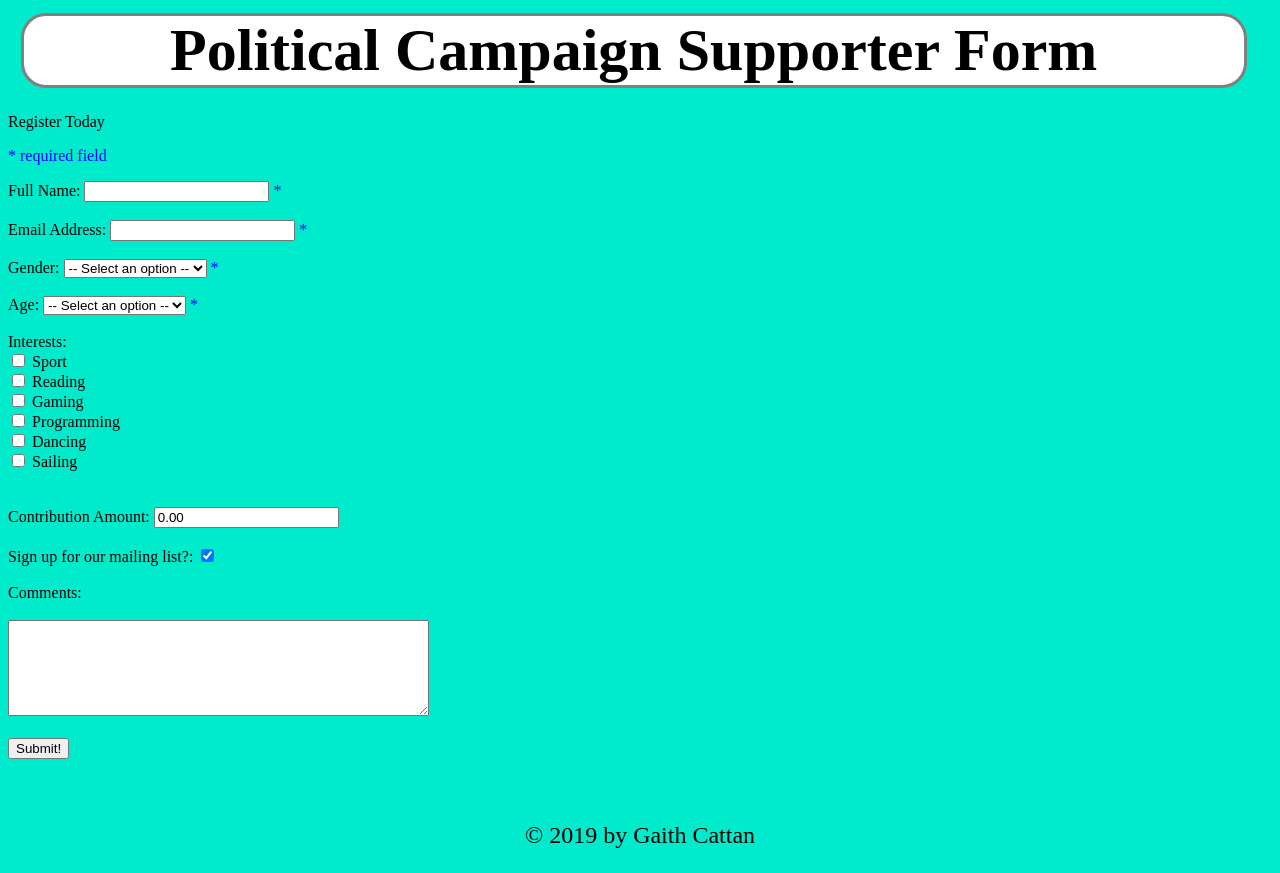
Repository: GaithCattan/COSW30
Page: labwork/lab2/contact.html
The author's editor kept a record of every edit. The page is drawn from the files as they stood at one moment, then again after the next edit.
The browser window is 1280 px wide. The pictures show the whole page.

Above is the page before.

### labwork/lab2/contact.html

<!doctype html>
<html>
    <head>
         <meta charset="utf-8">
         <title>Political Campaign Supporter Form</title>
        <style>
          body {background-color: #00EBCC;}
          h1 {text-align: center; font-size: 60px; margin-top: 40px;
              border: solid grey; border-radius: 25px;
              margin-top: 1%; margin-right: 2%;	margin-left: 1%; margin-bottom: 2%;
              background-color: white;}
          footer {font-size: 1.5em; color: black; text-align: center; margin-top: 5%;}
          .needed {color: blue;}
        </style>

    </head>
    <body>

        <h1>Political Campaign Supporter Form</h1>
        <p>Register Today</p>
        <p><span class="needed">* required field</span></p>

         <form action="process_contact.php" method="POST">

             <lable for="full_name">Full Name: </lable>
             <input type="text" id="full_name" name="full_name" required>
             <span class="needed">* </span>
             <br><br>

             <lable for="email">Email Address: </lable>
             <input type="email" id="email" name="email" required>
             <span class="needed">* </span>
             <br><br>

             <lable for="gender">Gender:
                 <select id="gender" name="gender" value="" required>
                     <option disabled selected value> -- Select an option -- </option>
                     <option value="male">Male</option>
                     <option value="female">Female</option>
                     <option value="other">Other</option>
                     <option value="not_to_say">Prefer Not to Say</option>
                 </select>
             </lable>
             <span class="needed">* </span>
             <br><br>

             <lable for="age_range">Age:
                 <select id="age_range" name="age_range" required>
                     <option disabled selected value> -- Select an option -- </option>
                     <option value="21-29">Between 21-29</option>
                     <option value="30-49">Between 30-49</option>
                     <option value="50-69">Between 50-69</option>
                     <option value="70-200">Over 70</option>
                 </select>
             </lable>
             <span class="needed">* </span>
             <br><br>

             <lable for="interests">Interests: </lable><br>
             <input type="checkbox" name="interests[]" value="sport"> Sport<br>
             <input type="checkbox" name="interests[]" value="reading"> Reading<br>
             <input type="checkbox" name="interests[]" value="gaming"> Gaming<br>
             <input type="checkbox" name="interests[]" value="programming"> Programming<br>
             <input type="checkbox" name="interests[]" value="dancing"> Dancing<br>
             <input type="checkbox" name="interests[]" value="sailing"> Sailing<br>
             <br><br>

             <lable for="contribution_amount">Contribution Amount: </lable>
             <input type="number" step='0.01' value='0.00' placeholder='0.00' id="contribution_amount" name="contribution_amount">
             <br><br>

             <lable for="mailing_list">Sign up for our mailing list?: </lable>
             <input type="checkbox" name="mailing_list" value="on" checked>
             <br><br>

             <lable for="comments">Comments: </lable><br><br>
             <textarea rows="6" cols="50" name="comment"></textarea>
             <br><br>


             <button>Submit!</button>


         </form>

    </body>

    <footer>
        <p>&copy; 2019 by Gaith Cattan</p>
    </footer>

</html>

After the next edit:
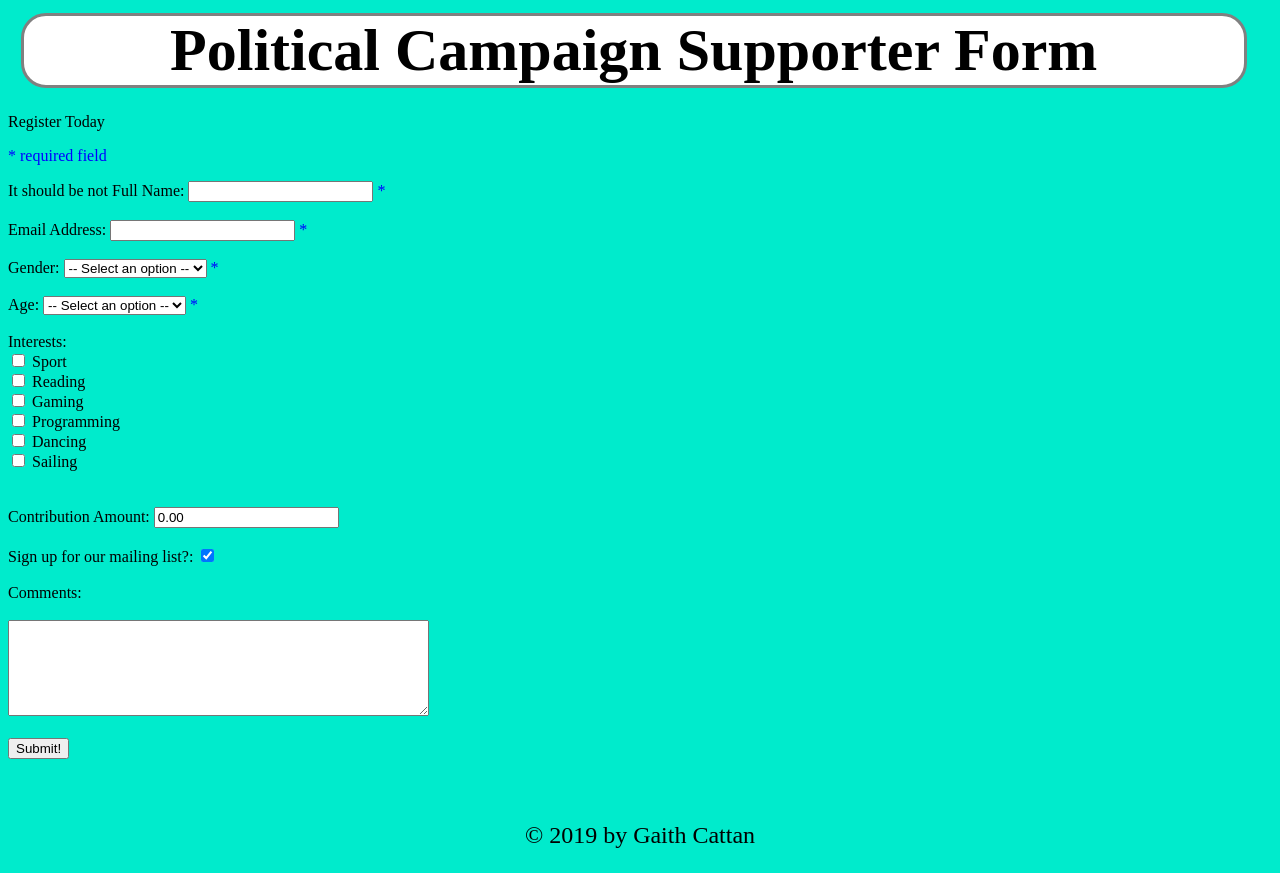
The edit:
--- a/labwork/lab2/contact.html
+++ b/labwork/lab2/contact.html
@@ -22,8 +22,8 @@
         <p><span class="needed">* required field</span></p>
 
          <form action="process_contact.php" method="POST">
-
-             <lable for="full_name">Full Name: </lable>
+It should be <label> not <lable>
+             <label for="full_name">Full Name: </label>
              <input type="text" id="full_name" name="full_name" required>
              <span class="needed">* </span>
              <br><br>

After the 6 edits that followed:
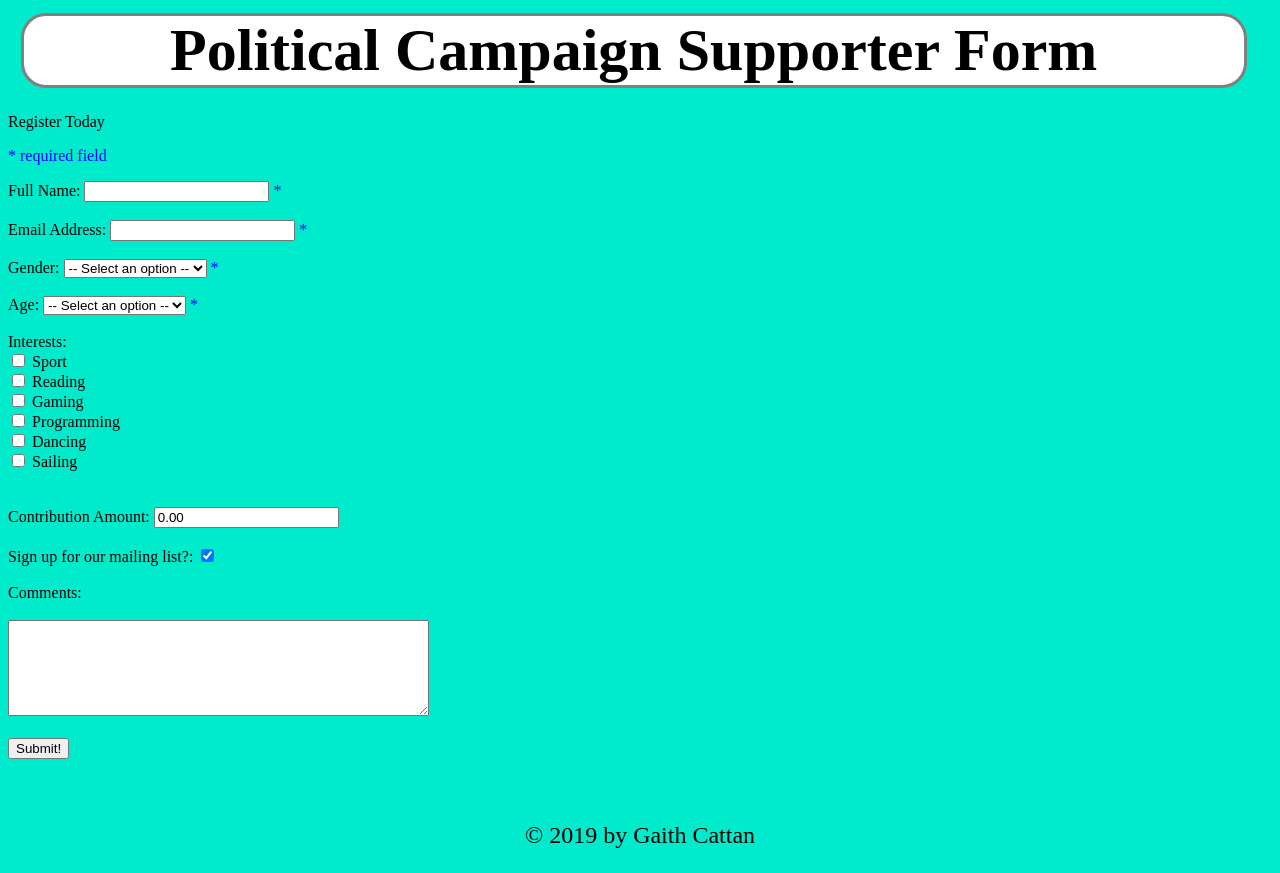
The 6 edits are shown as one change because 5 left the picture as it was.
The edit:
--- a/labwork/lab2/contact.html
+++ b/labwork/lab2/contact.html
@@ -22,18 +22,18 @@
         <p><span class="needed">* required field</span></p>
 
          <form action="process_contact.php" method="POST">
-It should be <label> not <lable>
+
              <label for="full_name">Full Name: </label>
              <input type="text" id="full_name" name="full_name" required>
              <span class="needed">* </span>
              <br><br>
 
-             <lable for="email">Email Address: </lable>
+             <label for="email">Email Address: </label>
              <input type="email" id="email" name="email" required>
              <span class="needed">* </span>
              <br><br>
 
-             <lable for="gender">Gender:
+             <label for="gender">Gender:
                  <select id="gender" name="gender" value="" required>
                      <option disabled selected value> -- Select an option -- </option>
                      <option value="male">Male</option>
@@ -41,11 +41,11 @@
                      <option value="other">Other</option>
                      <option value="not_to_say">Prefer Not to Say</option>
                  </select>
-             </lable>
+             </label>
              <span class="needed">* </span>
              <br><br>
 
-             <lable for="age_range">Age:
+             <label for="age_range">Age:
                  <select id="age_range" name="age_range" required>
                      <option disabled selected value> -- Select an option -- </option>
                      <option value="21-29">Between 21-29</option>
@@ -53,7 +53,7 @@
                      <option value="50-69">Between 50-69</option>
                      <option value="70-200">Over 70</option>
                  </select>
-             </lable>
+             </label>
              <span class="needed">* </span>
              <br><br>
 
